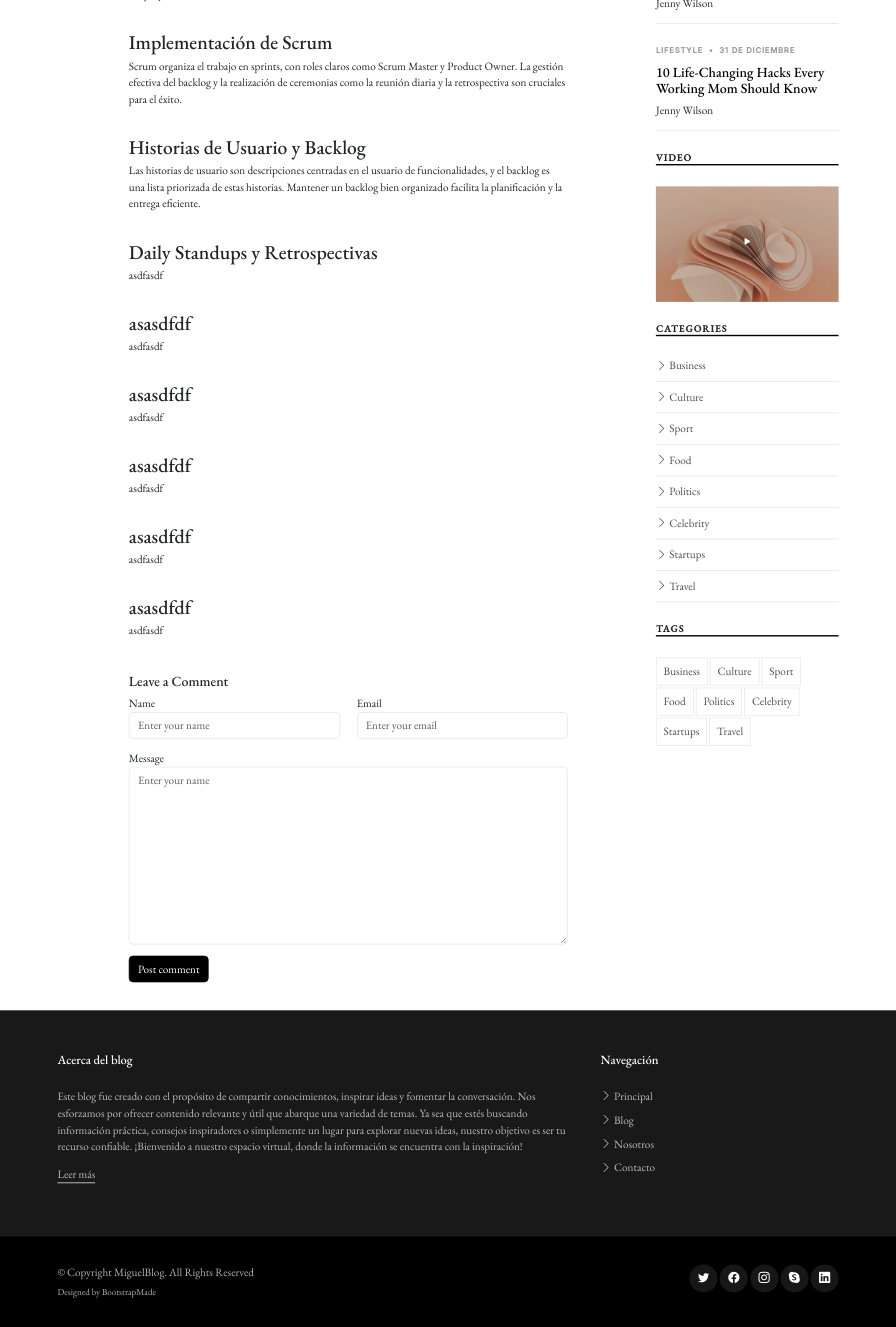
Repository: MiguelDev5/blog-miguel
Page: ma-post.html
The author's editor kept a copy of each file at every save. The page is drawn from the files as they stood at one save, then again after the next save.
The browser window is 1280 px wide. The pictures show the part of the page from y = 976 to 2896 px (the page is 2872 px tall before and 2896 px after), at 70% of full size.
Some web fonts or font styles are not loaded; a fallback is used.

Above is the page before, as saved 2024-01-01 14:11:22.

### ma-post.html
<!DOCTYPE html>
<html lang="en">

<head>
  <meta charset="utf-8">
  <meta content="width=device-width, initial-scale=1.0" name="viewport">

  <title>MiguelBlog Bootstrap Template - Single Post</title>
  <meta content="" name="description">
  <meta content="" name="keywords">

  <!-- Favicons -->
  <link href="assets/img/favicon.png" rel="icon">
  <link href="assets/img/apple-touch-icon.png" rel="apple-touch-icon">

  <!-- Google Fonts -->
  <link rel="preconnect" href="https://fonts.googleapis.com">
  <link rel="preconnect" href="https://fonts.gstatic.com" crossorigin>
  <link href="https://fonts.googleapis.com/css2?family=EB+Garamond:wght@400;500&family=Inter:wght@400;500&family=Playfair+Display:ital,wght@0,400;0,700;1,400;1,700&display=swap" rel="stylesheet">

  <!-- Vendor CSS Files -->
  <link href="assets/vendor/bootstrap/css/bootstrap.min.css" rel="stylesheet">
  <link href="assets/vendor/bootstrap-icons/bootstrap-icons.css" rel="stylesheet">
  <link href="assets/vendor/swiper/swiper-bundle.min.css" rel="stylesheet">
  <link href="assets/vendor/glightbox/css/glightbox.min.css" rel="stylesheet">
  <link href="assets/vendor/aos/aos.css" rel="stylesheet">

  <!-- Template Main CSS Files -->
  <link href="assets/css/variables.css" rel="stylesheet">
  <link href="assets/css/main.css" rel="stylesheet">

  <!-- =======================================================
  * Template Name: MiguelBlog
  * Updated: Sep 18 2023 with Bootstrap v5.3.2
  * Template URL: https://bootstrapmade.com/miguelBlog-bootstrap-blog-template/
  * Author: BootstrapMade.com
  * License: https:///bootstrapmade.com/license/
  ======================================================== -->
</head>

<body>

  <!-- ======= Header ======= -->
  <header id="header" class="header d-flex align-items-center fixed-top">
    <div class="container-fluid container-xl d-flex align-items-center justify-content-between">

      <a href="index.html" class="logo d-flex align-items-center">
        <!-- Uncomment the line below if you also wish to use an image logo -->
        <!-- <img src="assets/img/logo.png" alt=""> -->
        <h1>MiguelBlog</h1>
      </a>

      <nav id="navbar" class="navbar">
        <ul>
          <li><a href="index.html">Blog miguel</a></li>
          <li><a href="about.html">Acerca de nosotros</a></li>
          <li><a href="contact.html">Contacto</a></li>
        </ul>
      </nav><!-- .navbar -->

      <div class="position-relative">
        <a href="#" class="mx-2"><span class="bi-facebook"></span></a>
        <a href="#" class="mx-2"><span class="bi-twitter"></span></a>
        <a href="#" class="mx-2"><span class="bi-instagram"></span></a>

        <a href="#" class="mx-2 js-search-open"><span class="bi-search"></span></a>
        <i class="bi bi-list mobile-nav-toggle"></i>

        <!-- ======= Search Form ======= -->
        <div class="search-form-wrap js-search-form-wrap">
          <form action="search-result.html" class="search-form">
            <span class="icon bi-search"></span>
            <input type="text" placeholder="Search" class="form-control">
            <button class="btn js-search-close"><span class="bi-x"></span></button>
          </form>
        </div><!-- End Search Form -->

      </div>

    </div>

  </header><!-- End Header -->

  <main id="main">

    <section class="single-post-content">
      <div class="container">
        <div class="row">
          <div class="col-md-9 post-content" data-aos="fade-up">

            <!-- ======= Single Post Content ======= -->
            <div class="single-post">
              <div class="post-meta"><span class="date">Metodologías ágiles</span> <span class="mx-1">&bullet;</span> <span>31 de Diciembre</span></div>
              <h1 class="mb-5">Introducción a las Metodologías Ágiles</h1>
              <p><span class="firstcharacter">L</span>as Metodologías Ágiles son enfoques colaborativos para el desarrollo que se centran en la adaptabilidad y la entrega incremental. Surgieron como respuesta a los desafíos de las metodologías tradicionales, priorizando la comunicación y la respuesta rápida a cambios.</p>
              <div class="col-md-9"></div>
                  <img src="assets/img/ma001.jpg" alt="" class="img-fluid" style="width: 200;">

              </div>
              <br/>
              <h3 class="mb-1">Introducción a las Metodologías Ágiles</h3>
              <p>Las Metodologías Ágiles son enfoques colaborativos para el desarrollo que se centran en la adaptabilidad y la entrega incremental. Surgieron como respuesta a los desafíos de las metodologías tradicionales, priorizando la comunicación y la respuesta rápida a cambios.</p>

              <br/>
              <h3 class="mb-1">Comparación entre Metodologías Ágiles</h3>
              <p>Scrum se destaca por su estructura de roles y eventos, Kanban por su enfoque visual y flujo continuo, mientras que XP prioriza la calidad del software. La elección depende de las necesidades del equipo y del proyecto.</p>

              <br/>
              <h3 class="mb-1">Implementación de Scrum</h3>
              <p>Scrum organiza el trabajo en sprints, con roles claros como Scrum Master y Product Owner. La gestión efectiva del backlog y la realización de ceremonias como la reunión diaria y la retrospectiva son cruciales para el éxito.</p>

              <br/>
              <h3 class="mb-1">Historias de Usuario y Backlog</h3>
              <p>Las historias de usuario son descripciones centradas en el usuario de funcionalidades, y el backlog es una lista priorizada de estas historias. Mantener un backlog bien organizado facilita la planificación y la entrega eficiente.</p>

              <br/>
              <h3 class="mb-1">Daily Standups y Retrospectivas</h3>
              <p>asdfasdf</p>

              <br/>
              <h3 class="mb-1">asasdfdf</h3>
              <p>asdfasdf</p>

              <br/>
              <h3 class="mb-1">asasdfdf</h3>
              <p>asdfasdf</p>

              <br/>
              <h3 class="mb-1">asasdfdf</h3>
              <p>asdfasdf</p>

              <br/>
              <h3 class="mb-1">asasdfdf</h3>
              <p>asdfasdf</p>

              <br/>
              <h3 class="mb-1">asasdfdf</h3>
              <p>asdfasdf</p>



            <!-- ======= Comments Form ======= -->
            <div class="row justify-content-center mt-5">

              <div class="col-lg-12">
                <h5 class="comment-title">Leave a Comment</h5>
                <div class="row">
                  <div class="col-lg-6 mb-3">
                    <label for="comment-name">Name</label>
                    <input type="text" class="form-control" id="comment-name" placeholder="Enter your name">
                  </div>
                  <div class="col-lg-6 mb-3">
                    <label for="comment-email">Email</label>
                    <input type="text" class="form-control" id="comment-email" placeholder="Enter your email">
                  </div>
                  <div class="col-12 mb-3">
                    <label for="comment-message">Message</label>

                    <textarea class="form-control" id="comment-message" placeholder="Enter your name" cols="30" rows="10"></textarea>
                  </div>
                  <div class="col-12">
                    <input type="submit" class="btn btn-primary" value="Post comment">
                  </div>
                </div>
              </div>
            </div><!-- End Comments Form -->

          </div>
          <div class="col-md-3">
            <!-- ======= Sidebar ======= -->
            <div class="aside-block">

              <ul class="nav nav-pills custom-tab-nav mb-4" id="pills-tab" role="tablist">
                <li class="nav-item" role="presentation">
                  <button class="nav-link active" id="pills-popular-tab" data-bs-toggle="pill" data-bs-target="#pills-popular" type="button" role="tab" aria-controls="pills-popular" aria-selected="true">Popular</button>
                </li>
                <li class="nav-item" role="presentation">
                  <button class="nav-link" id="pills-trending-tab" data-bs-toggle="pill" data-bs-target="#pills-trending" type="button" role="tab" aria-controls="pills-trending" aria-selected="false">Trending</button>
                </li>
                <li class="nav-item" role="presentation">
                  <button class="nav-link" id="pills-latest-tab" data-bs-toggle="pill" data-bs-target="#pills-latest" type="button" role="tab" aria-controls="pills-latest" aria-selected="false">Latest</button>
                </li>
              </ul>

              <div class="tab-content" id="pills-tabContent">

                <!-- Popular -->
                <div class="tab-pane fade show active" id="pills-popular" role="tabpanel" aria-labelledby="pills-popular-tab">
                  <div class="post-entry-1 border-bottom">
                    <div class="post-meta"><span class="date">Sport</span> <span class="mx-1">&bullet;</span> <span>31 de Diciembre</span></div>
                    <h2 class="mb-2"><a href="#">How to Avoid Distraction and Stay Focused During Video Calls?</a></h2>
                    <span class="author mb-3 d-block">Jenny Wilson</span>
                  </div>

                  <div class="post-entry-1 border-bottom">
                    <div class="post-meta"><span class="date">Lifestyle</span> <span class="mx-1">&bullet;</span> <span>31 de Diciembre</span></div>
                    <h2 class="mb-2"><a href="#">17 Pictures of Medium Length Hair in Layers That Will Inspire Your New Haircut</a></h2>
                    <span class="author mb-3 d-block">Jenny Wilson</span>
                  </div>

                  <div class="post-entry-1 border-bottom">
                    <div class="post-meta"><span class="date">Culture</span> <span class="mx-1">&bullet;</span> <span>31 de Diciembre</span></div>
                    <h2 class="mb-2"><a href="#">9 Half-up/half-down Hairstyles for Long and Medium Hair</a></h2>
                    <span class="author mb-3 d-block">Jenny Wilson</span>
                  </div>

                  <div class="post-entry-1 border-bottom">
                    <div class="post-meta"><span class="date">Lifestyle</span> <span class="mx-1">&bullet;</span> <span>31 de Diciembre</span></div>
                    <h2 class="mb-2"><a href="#">Life Insurance And Pregnancy: A Working Mom’s Guide</a></h2>
                    <span class="author mb-3 d-block">Jenny Wilson</span>
                  </div>

                  <div class="post-entry-1 border-bottom">
                    <div class="post-meta"><span class="date">Business</span> <span class="mx-1">&bullet;</span> <span>31 de Diciembre</span></div>
                    <h2 class="mb-2"><a href="#">The Best Homemade Masks for Face (keep the Pimples Away)</a></h2>
                    <span class="author mb-3 d-block">Jenny Wilson</span>
                  </div>

                  <div class="post-entry-1 border-bottom">
                    <div class="post-meta"><span class="date">Lifestyle</span> <span class="mx-1">&bullet;</span> <span>31 de Diciembre</span></div>
                    <h2 class="mb-2"><a href="#">10 Life-Changing Hacks Every Working Mom Should Know</a></h2>
                    <span class="author mb-3 d-block">Jenny Wilson</span>
                  </div>
                </div> <!-- End Popular -->

                <!-- Trending -->
                <div class="tab-pane fade" id="pills-trending" role="tabpanel" aria-labelledby="pills-trending-tab">
                  <div class="post-entry-1 border-bottom">
                    <div class="post-meta"><span class="date">Lifestyle</span> <span class="mx-1">&bullet;</span> <span>31 de Diciembre</span></div>
                    <h2 class="mb-2"><a href="#">17 Pictures of Medium Length Hair in Layers That Will Inspire Your New Haircut</a></h2>
                    <span class="author mb-3 d-block">Jenny Wilson</span>
                  </div>

                  <div class="post-entry-1 border-bottom">
                    <div class="post-meta"><span class="date">Culture</span> <span class="mx-1">&bullet;</span> <span>31 de Diciembre</span></div>
                    <h2 class="mb-2"><a href="#">9 Half-up/half-down Hairstyles for Long and Medium Hair</a></h2>
                    <span class="author mb-3 d-block">Jenny Wilson</span>
                  </div>

                  <div class="post-entry-1 border-bottom">
                    <div class="post-meta"><span class="date">Lifestyle</span> <span class="mx-1">&bullet;</span> <span>31 de Diciembre</span></div>
                    <h2 class="mb-2"><a href="#">Life Insurance And Pregnancy: A Working Mom’s Guide</a></h2>
                    <span class="author mb-3 d-block">Jenny Wilson</span>
                  </div>

                  <div class="post-entry-1 border-bottom">
                    <div class="post-meta"><span class="date">Sport</span> <span class="mx-1">&bullet;</span> <span>31 de Diciembre</span></div>
                    <h2 class="mb-2"><a href="#">How to Avoid Distraction and Stay Focused During Video Calls?</a></h2>
                    <span class="author mb-3 d-block">Jenny Wilson</span>
                  </div>
                  <div class="post-entry-1 border-bottom">
                    <div class="post-meta"><span class="date">Business</span> <span class="mx-1">&bullet;</span> <span>31 de Diciembre</span></div>
                    <h2 class="mb-2"><a href="#">The Best Homemade Masks for Face (keep the Pimples Away)</a></h2>
                    <span class="author mb-3 d-block">Jenny Wilson</span>
                  </div>

                  <div class="post-entry-1 border-bottom">
                    <div class="post-meta"><span class="date">Lifestyle</span> <span class="mx-1">&bullet;</span> <span>31 de Diciembre</span></div>
                    <h2 class="mb-2"><a href="#">10 Life-Changing Hacks Every Working Mom Should Know</a></h2>
                    <span class="author mb-3 d-block">Jenny Wilson</span>
                  </div>
                </div> <!-- End Trending -->

                <!-- Latest -->
                <div class="tab-pane fade" id="pills-latest" role="tabpanel" aria-labelledby="pills-latest-tab">
                  <div class="post-entry-1 border-bottom">
                    <div class="post-meta"><span class="date">Lifestyle</span> <span class="mx-1">&bullet;</span> <span>31 de Diciembre</span></div>
                    <h2 class="mb-2"><a href="#">Life Insurance And Pregnancy: A Working Mom’s Guide</a></h2>
                    <span class="author mb-3 d-block">Jenny Wilson</span>
                  </div>

                  <div class="post-entry-1 border-bottom">
                    <div class="post-meta"><span class="date">Business</span> <span class="mx-1">&bullet;</span> <span>31 de Diciembre</span></div>
                    <h2 class="mb-2"><a href="#">The Best Homemade Masks for Face (keep the Pimples Away)</a></h2>
                    <span class="author mb-3 d-block">Jenny Wilson</span>
                  </div>

                  <div class="post-entry-1 border-bottom">
                    <div class="post-meta"><span class="date">Lifestyle</span> <span class="mx-1">&bullet;</span> <span>31 de Diciembre</span></div>
                    <h2 class="mb-2"><a href="#">10 Life-Changing Hacks Every Working Mom Should Know</a></h2>
                    <span class="author mb-3 d-block">Jenny Wilson</span>
                  </div>

                  <div class="post-entry-1 border-bottom">
                    <div class="post-meta"><span class="date">Sport</span> <span class="mx-1">&bullet;</span> <span>31 de Diciembre</span></div>
                    <h2 class="mb-2"><a href="#">How to Avoid Distraction and Stay Focused During Video Calls?</a></h2>
                    <span class="author mb-3 d-block">Jenny Wilson</span>
                  </div>

                  <div class="post-entry-1 border-bottom">
                    <div class="post-meta"><span class="date">Lifestyle</span> <span class="mx-1">&bullet;</span> <span>31 de Diciembre</span></div>
                    <h2 class="mb-2"><a href="#">17 Pictures of Medium Length Hair in Layers That Will Inspire Your New Haircut</a></h2>
                    <span class="author mb-3 d-block">Jenny Wilson</span>
                  </div>

                  <div class="post-entry-1 border-bottom">
                    <div class="post-meta"><span class="date">Culture</span> <span class="mx-1">&bullet;</span> <span>31 de Diciembre</span></div>
                    <h2 class="mb-2"><a href="#">9 Half-up/half-down Hairstyles for Long and Medium Hair</a></h2>
                    <span class="author mb-3 d-block">Jenny Wilson</span>
                  </div>

                </div> <!-- End Latest -->

              </div>
            </div>

            <div class="aside-block">
              <h3 class="aside-title">Video</h3>
              <div class="video-post">
                <a href="https://www.youtube.com/watch?v=AiFfDjmd0jU" class="glightbox link-video">
                  <span class="bi-play-fill"></span>
                  <img src="assets/img/post-landscape-5.jpg" alt="" class="img-fluid">
                </a>
              </div>
            </div><!-- End Video -->

            <div class="aside-block">
              <h3 class="aside-title">Categories</h3>
              <ul class="aside-links list-unstyled">
                <li><a href="category.html"><i class="bi bi-chevron-right"></i> Business</a></li>
                <li><a href="category.html"><i class="bi bi-chevron-right"></i> Culture</a></li>
                <li><a href="category.html"><i class="bi bi-chevron-right"></i> Sport</a></li>
                <li><a href="category.html"><i class="bi bi-chevron-right"></i> Food</a></li>
                <li><a href="category.html"><i class="bi bi-chevron-right"></i> Politics</a></li>
                <li><a href="category.html"><i class="bi bi-chevron-right"></i> Celebrity</a></li>
                <li><a href="category.html"><i class="bi bi-chevron-right"></i> Startups</a></li>
                <li><a href="category.html"><i class="bi bi-chevron-right"></i> Travel</a></li>
              </ul>
            </div><!-- End Categories -->

            <div class="aside-block">
              <h3 class="aside-title">Tags</h3>
              <ul class="aside-tags list-unstyled">
                <li><a href="category.html">Business</a></li>
                <li><a href="category.html">Culture</a></li>
                <li><a href="category.html">Sport</a></li>
                <li><a href="category.html">Food</a></li>
                <li><a href="category.html">Politics</a></li>
                <li><a href="category.html">Celebrity</a></li>
                <li><a href="category.html">Startups</a></li>
                <li><a href="category.html">Travel</a></li>
              </ul>
            </div><!-- End Tags -->

          </div>
        </div>
      </div>
    </section>
  </main><!-- End #main -->

  <!-- ======= Footer ======= -->
  <footer id="footer" class="footer">
    <div class="footer-content">
      <div class="container">
        <div class="row g-5">
          <div class="col-lg-8">
            <h3 class="footer-heading">Acerca del blog</h3>
            <p>Este blog fue creado con el propósito de compartir conocimientos, inspirar ideas y fomentar la conversación. Nos esforzamos por ofrecer contenido relevante y útil que abarque una variedad de temas. Ya sea que estés buscando información práctica, consejos inspiradores o simplemente un lugar para explorar nuevas ideas, nuestro objetivo es ser tu recurso confiable. ¡Bienvenido a nuestro espacio virtual, donde la información se encuentra con la inspiración!</p>
            <p><a href="about.html" class="footer-link-more">Leer más</a></p>
          </div>
          <div class="col-6 col-lg-2">
            <h3 class="footer-heading">Navegación</h3>
            <ul class="footer-links list-unstyled">
              <li><a href="index.html"><i class="bi bi-chevron-right"></i> Principal</a></li>
              <li><a href="index.html"><i class="bi bi-chevron-right"></i> Blog</a></li>
              <li><a href="about.html"><i class="bi bi-chevron-right"></i> Nosotros</a></li>
              <li><a href="contact.html"><i class="bi bi-chevron-right"></i> Contacto</a></li>
            </ul>
          </div>
        </div>
      </div>
    </div>

    <div class="footer-legal">
      <div class="container">

        <div class="row justify-content-between">
          <div class="col-md-6 text-center text-md-start mb-3 mb-md-0">
            <div class="copyright">
              © Copyright <strong><span>MiguelBlog</span></strong>. All Rights Reserved
            </div>

            <div class="credits">
              Designed by BootstrapMade
            </div>

          </div>

          <div class="col-md-6">
            <div class="social-links mb-3 mb-lg-0 text-center text-md-end">
              <a href="#" class="twitter"><i class="bi bi-twitter"></i></a>
              <a href="#" class="facebook"><i class="bi bi-facebook"></i></a>
              <a href="#" class="instagram"><i class="bi bi-instagram"></i></a>
              <a href="#" class="google-plus"><i class="bi bi-skype"></i></a>
              <a href="#" class="linkedin"><i class="bi bi-linkedin"></i></a>
            </div>

          </div>

        </div>

      </div>
    </div>
  </footer>

  <a href="#" class="scroll-top d-flex align-items-center justify-content-center"><i class="bi bi-arrow-up-short"></i></a>

  <!-- Vendor JS Files -->
  <script src="assets/vendor/bootstrap/js/bootstrap.bundle.min.js"></script>
  <script src="assets/vendor/swiper/swiper-bundle.min.js"></script>
  <script src="assets/vendor/glightbox/js/glightbox.min.js"></script>
  <script src="assets/vendor/aos/aos.js"></script>
  <script src="assets/vendor/php-email-form/validate.js"></script>

  <!-- Template Main JS File -->
  <script src="assets/js/main.js"></script>

</body>

</html>

Loaded but not shown: assets/vendor/bootstrap/css/bootstrap.min.css (library); assets/vendor/bootstrap-icons/bootstrap-icons.css (library); assets/vendor/swiper/swiper-bundle.min.css (library); assets/vendor/glightbox/css/glightbox.min.css (library); assets/vendor/aos/aos.css (library); assets/vendor/bootstrap/js/bootstrap.bundle.min.js (library); assets/vendor/swiper/swiper-bundle.min.js (library); assets/vendor/glightbox/js/glightbox.min.js (library); assets/vendor/aos/aos.js (library); assets/vendor/php-email-form/validate.js (common file); assets/js/main.js (154 lines, source omitted); assets/css/main.css (1300 lines, source omitted); assets/css/variables.css (207 lines, source omitted)

After the next save:
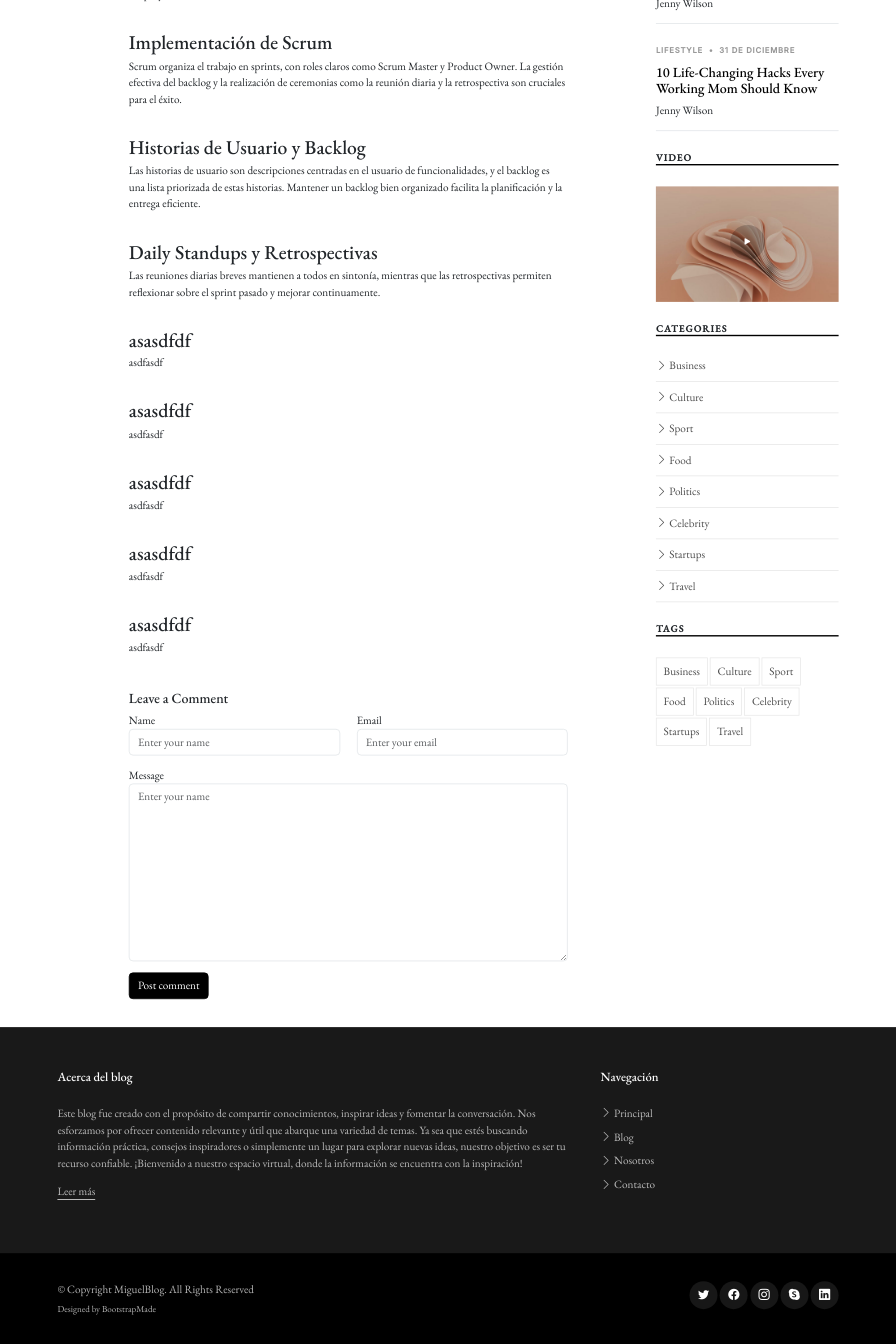
Saved 7 s later.
--- a/ma-post.html
+++ b/ma-post.html
@@ -115,7 +115,7 @@
 
               <br/>
               <h3 class="mb-1">Daily Standups y Retrospectivas</h3>
-              <p>asdfasdf</p>
+              <p>Las reuniones diarias breves mantienen a todos en sintonía, mientras que las retrospectivas permiten reflexionar sobre el sprint pasado y mejorar continuamente.</p>
 
               <br/>
               <h3 class="mb-1">asasdfdf</h3>
